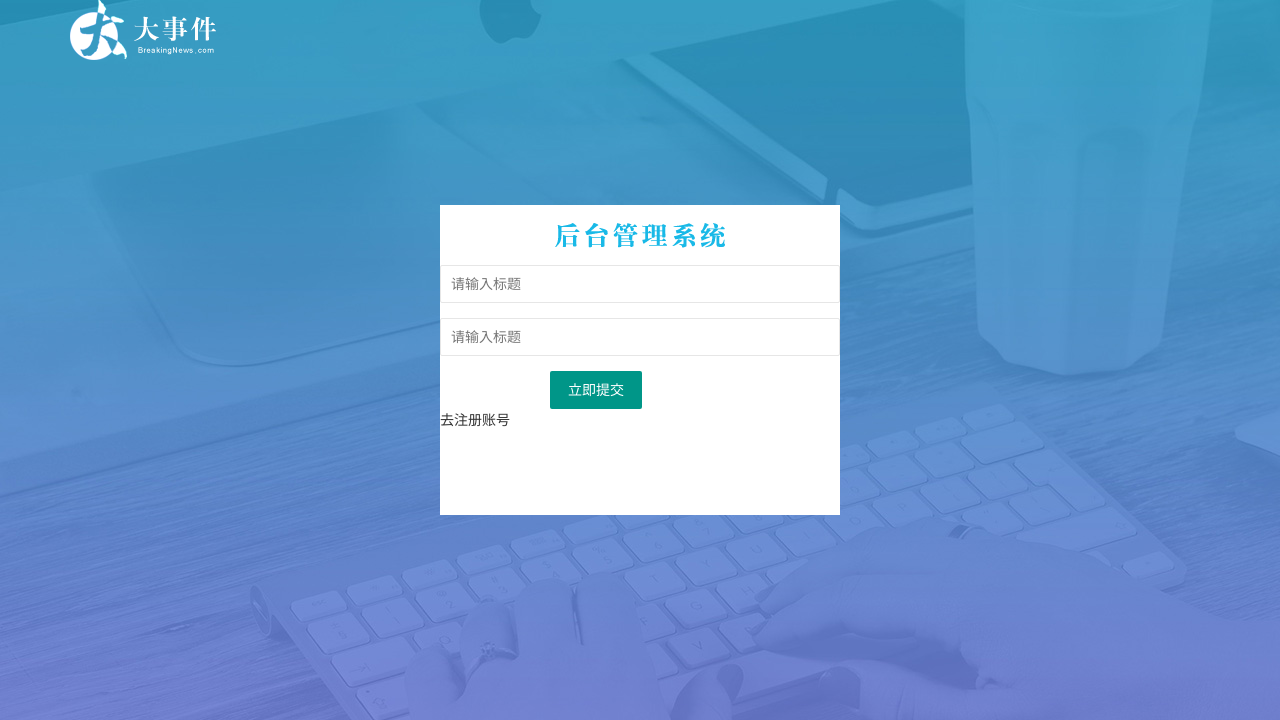
Repository: lithronmatic/web_bigbigevent
Page: login.html
These files come from the project's save history. The page is drawn as it stood at one moment and after the next save; the edit follows.
The browser window is 1280 px wide. The pictures show the whole page.

Above is the page before, as saved 2022-08-23 12:04:07.

After the next save:
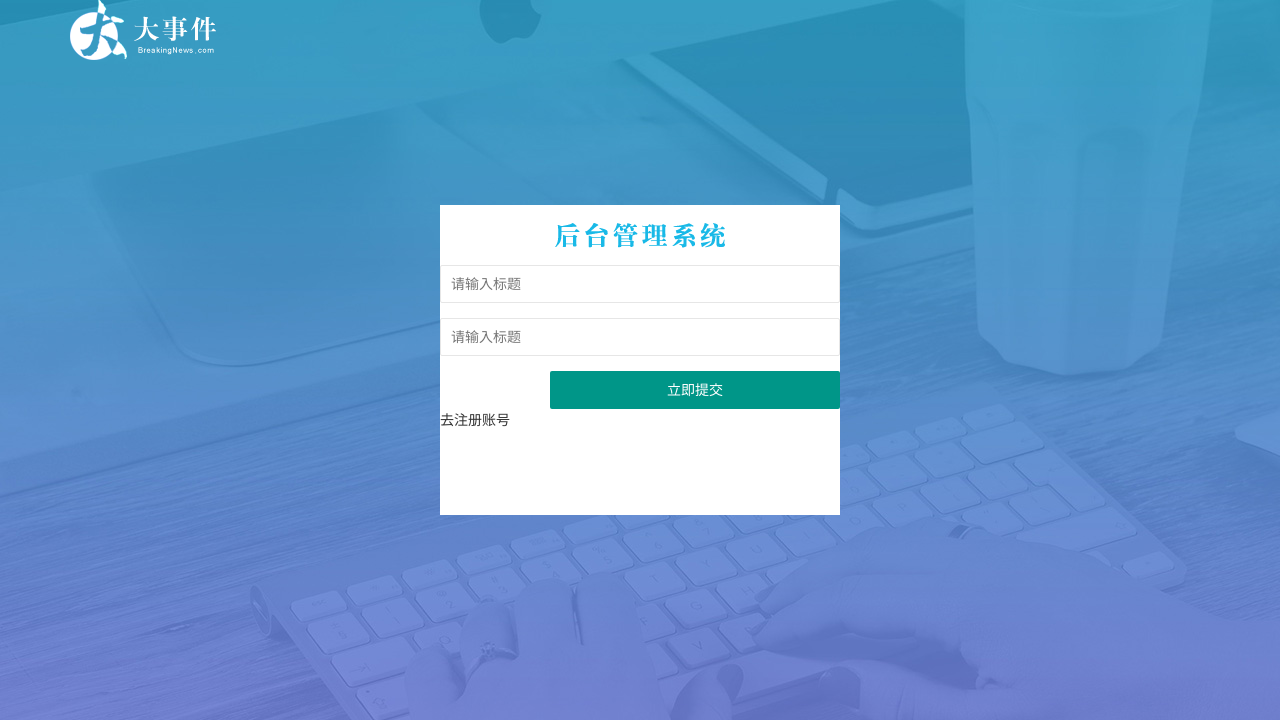
Saved 2 min 59 s later.
--- a/login.html
+++ b/login.html
@@ -34,7 +34,7 @@
                         autocomplete="off" class="layui-input">
                 </div>
                 <div class="layui-input-block">
-                    <button class="layui-btn" lay-submit lay-filter="formDemo">立即提交</button>
+                    <button class="layui-btn layui-btn-fluid" lay-submit lay-filter="formDemo">立即提交</button>
                   </div>
             </form>
             <a href="javascript:;" id="link_reg">去注册账号</a>
